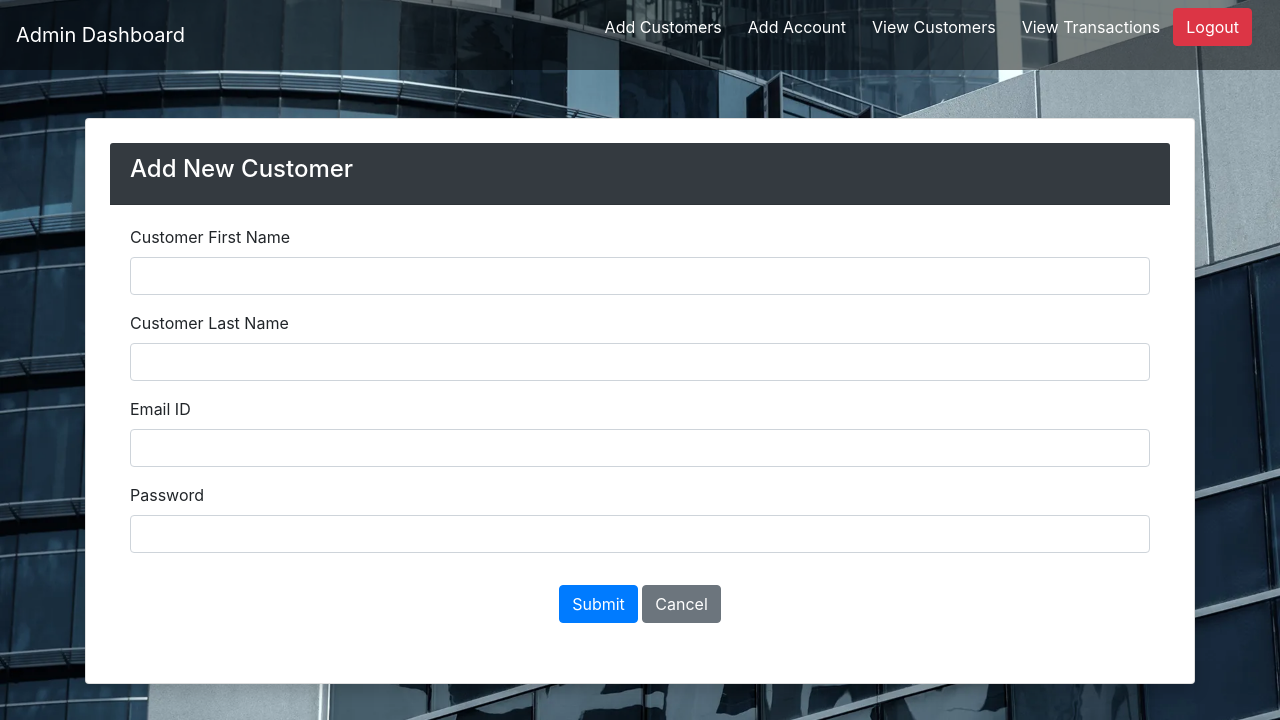
Repository: prathamsuhasia/swabhav-mini-project
Page: http://localhost/01-mini-project/AddNewCustomer.jsp
The author's editor kept a copy of each file at every save. The page is drawn from the files as they stood at one save, then again after the next save.
The browser window is 1280 px wide. The pictures show the whole page.
The page is served by Tomcat 9. The session is filled in as if someone had signed in: {"username": "testuser", "admin": "admin"}.

Above is the page before, as saved 2024-08-15 18:45:04.

After the next save:
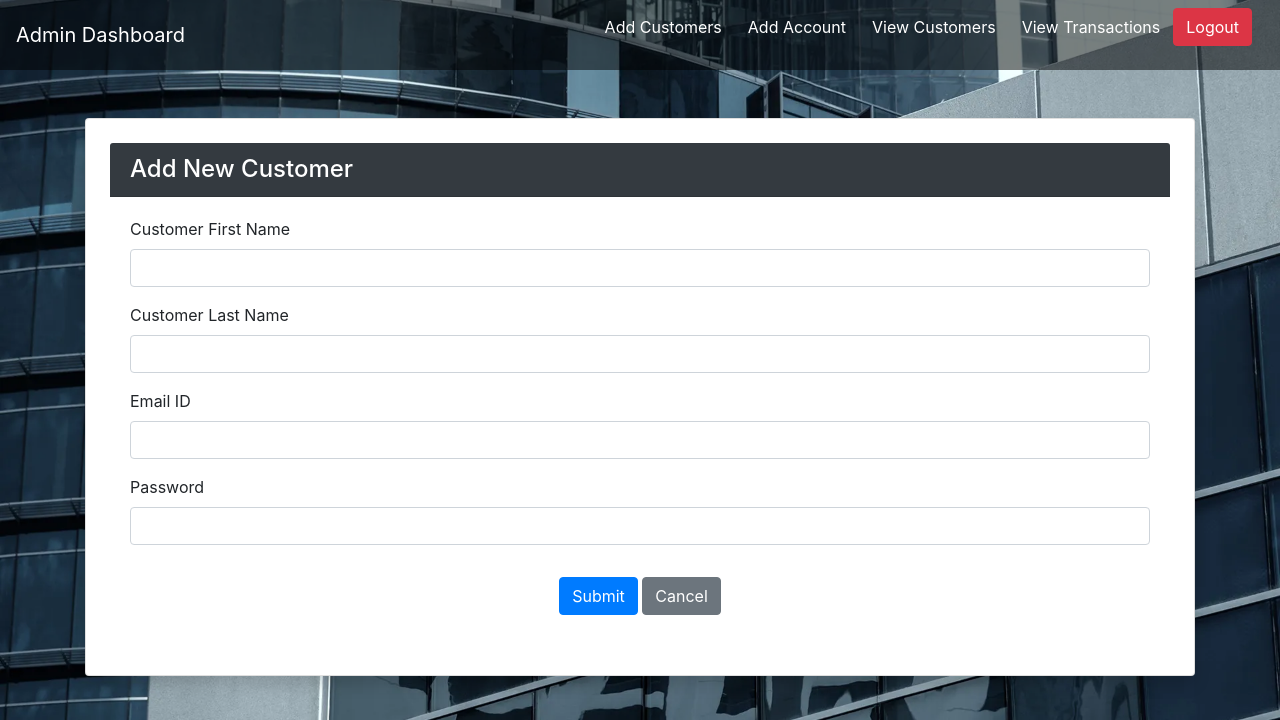
Saved 8 s later.
--- a/01-mini-project/WebContent/AddNewCustomer.jsp
+++ b/01-mini-project/WebContent/AddNewCustomer.jsp
@@ -13,7 +13,7 @@
     <div class="container mt-5">
         <div class="card shadow p-4">
             <div class="card-header bg-dark text-white ">
-                <h4>Add New Customer</h4>
+                <h4 class="mb-0">Add New Customer</h4>
             </div>
             <div class="card-body">
                 <form action="AddNewCustomer" method="post" onsubmit="return validateForm()">
